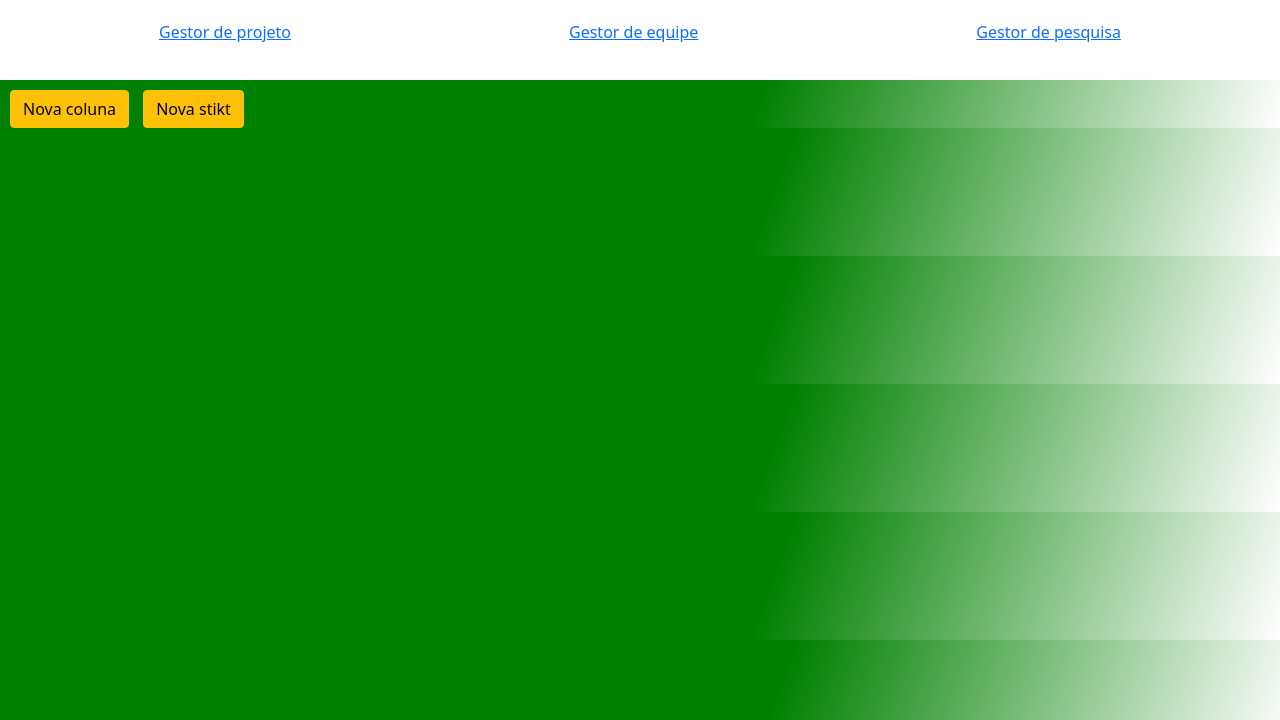
Repository: shadowruge/kanban
Page: index.html
These files come from the project's save history. The page is drawn as it stood at one moment and after a run of saves; the edit follows.
The browser window is 1280 px wide. The pictures show the whole page.

Above is the page before, as saved 2021-06-12 19:42:13.

### index.html
<!DOCTYPE html>
<html lang="en">
  <head>
    <meta charset="UTF-8" />
    <meta http-equiv="X-UA-Compatible" content="IE=edge" />
    <meta name="viewport" content="width=device-width, initial-scale=1.0" />
    <script src="https://cdn.jsdelivr.net/npm/@popperjs/core@2.9.2/dist/umd/popper.min.js" integrity="sha384-IQsoLXl5PILFhosVNubq5LC7Qb9DXgDA9i+tQ8Zj3iwWAwPtgFTxbJ8NT4GN1R8p" crossorigin="anonymous"></script>
<script src="https://cdn.jsdelivr.net/npm/bootstrap@5.0.1/dist/js/bootstrap.min.js" integrity="sha384-Atwg2Pkwv9vp0ygtn1JAojH0nYbwNJLPhwyoVbhoPwBhjQPR5VtM2+xf0Uwh9KtT" crossorigin="anonymous"></script>

    <script src="https://cdn.jsdelivr.net/npm/bootstrap@5.0.1/dist/js/bootstrap.bundle.min.js" integrity="sha384-gtEjrD/SeCtmISkJkNUaaKMoLD0//ElJ19smozuHV6z3Iehds+3Ulb9Bn9Plx0x4" crossorigin="anonymous"></script>
    <link href="https://cdn.jsdelivr.net/npm/bootstrap@5.0.1/dist/css/bootstrap.min.css" rel="stylesheet" integrity="sha384-+0n0xVW2eSR5OomGNYDnhzAbDsOXxcvSN1TPprVMTNDbiYZCxYbOOl7+AMvyTG2x" crossorigin="anonymous">
    <link rel="stylesheet" href="style.css" />
    <script src="index.js"></script>
    <title id="Description">Shadow Kanban</title>
  </head>

  <header>
    <nav class="nav">
      <p><a href="#">Gestor de projeto</a></p>
      <p><a href="#">Gestor de equipe</a></p>
      <p><a href="#">Gestor de pesquisa</a></p>
    </nav>
  </header>

  <body>

    <!--botão-->

    <button type="button" class="btn btn-warning">Nova coluna</button>

    <button type="button" class="btn btn-warning">Nova stikt</button>
    <div class="Linha" style="width:600px;">
      <!-- RECEBE DIVS DINAMICAS -->
      </div>
  </body>
  <script>

  </script>
</html>

### style.css
* {
  margin: 0;
  padding: 0;
  border: 0;
}

header{
  background-color:white;
}

body{

 background: linear-gradient(110deg, green 60%, white);

}

#kanban {

  width: 97%;
  color: white;
  text-align: center;
  display: flex;
  flex-wrap: wrap;
}

.nav {

  padding: 20px;
  display: flex;
  justify-content: space-around;
  flex-wrap: wrap;
}

.ideias,
.pesquisa,
.progresso,
.testes,
.pronto {
  margin-top: 5px;
  margin-left: auto;
}

.membros,
.membros-lideres {
  margin-left: 150px;
}

.d-flex {
  display: flex !important;
}

.flex-column {
  flex-direction: column !important;
}

.board {
  padding: 20px;
}

.board-column {
  margin-left: 20px;
}

.column-body {
  margin-top: 2em;
}

.card textarea {
  resize: none;
}

.sticker {
  width: 180px;
  height: 180px;
  }

  button {
  margin-top: 10px;
  margin-left: 10px;
  }

### index.js
function dragStartHandler(ev) {
  ev.dataTransfer.setData("application/my-app", ev.target.id);
  ev.dataTransfer.effectAllowed = "move";
}

function dragCardStart(e) {
  console.log(e);
}

function dragOvertHandler(ev) {
  ev.preventDefault();
  ev.dataTransfer.dropEffect = "move";
}

function dropHandler(ev) {
  ev.preventDefault();
  const data = ev.dataTransfer.getData("application/my-app");
  ev.target.appendChild(document.getElementById(data));
}

function handleInputKeys({ key }) {
  switch (key) {
    case "Enter":
      break;

    default:
      break;
  }
}

const onInputClick = (e) => {
  e.preventDefault();
  e.stopPropagation();
  e.target.disabled = false;
  e.target.focus();
};

const onInputLostFocus = (e) => {
  console.log(e);
  e.target.disabled = true;
};

function addNewCard(e) {
  //   console.log(e);
  //   console.log(column);
  //   console.log(body);
  //   console.log(body.children);
  //   console.log(body.children[0].getAttributeNames());
  const [, , , column] = e.path;
  const [, body] = column.children;
  const addButton = body.children[body.children.length - 1];
  const card = document.createElement("div");
  const input = document.createElement("textarea");
  input.cols = 30;
  input.rows = 10;
  input.disabled = true;
  card.appendChild(input);
  card.classList.add("card");
  card.draggable = "true";
  card.addEventListener("click", onInputClick);
  card.addEventListener("focusout", onInputLostFocus);
  card.addEventListener("dragstart", dragCardStart);
  body.removeChild(addButton);
  body.appendChild(card);
  body.appendChild(addButton);
}

After the next 2 saves:
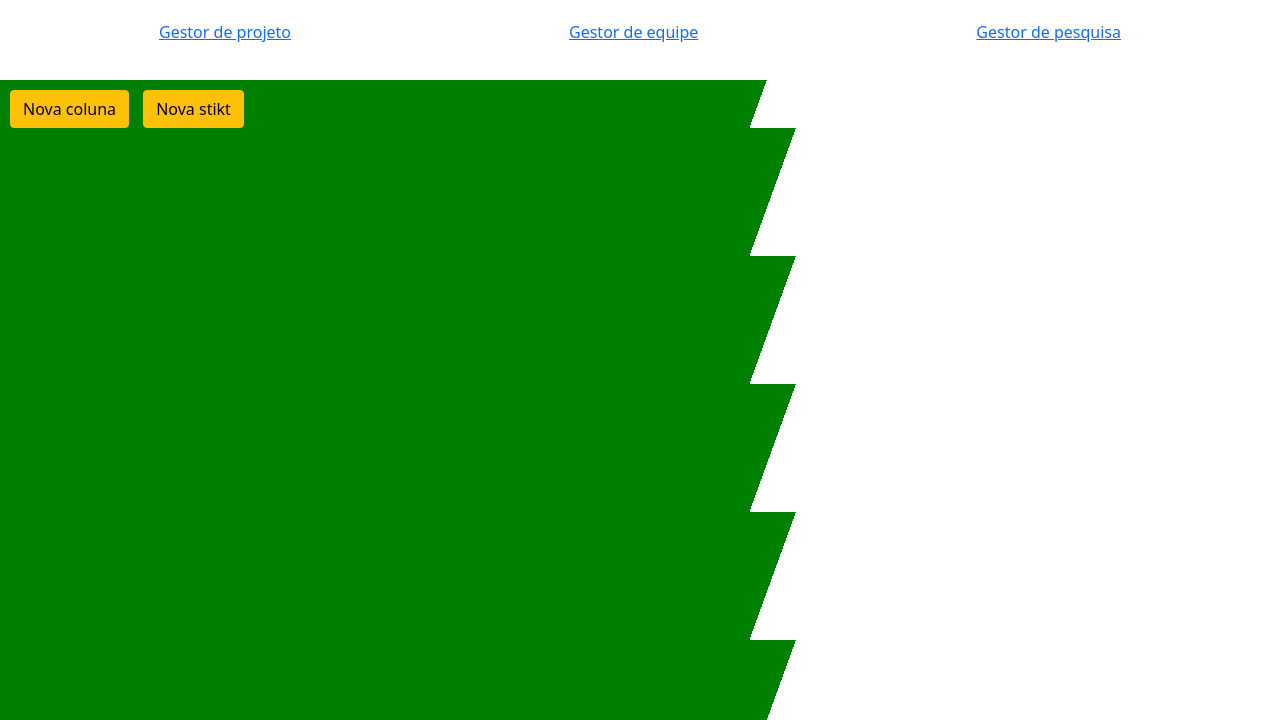
The 2 saves are shown as one change because they came seconds apart.
The last was saved 33 s later.
--- a/style.css
+++ b/style.css
@@ -10,7 +10,7 @@ header{
 
 body{
 
- background: linear-gradient(110deg, green 60%, white);
+ background: linear-gradient(110deg, green 60%, white 60%);
 
 }
 
